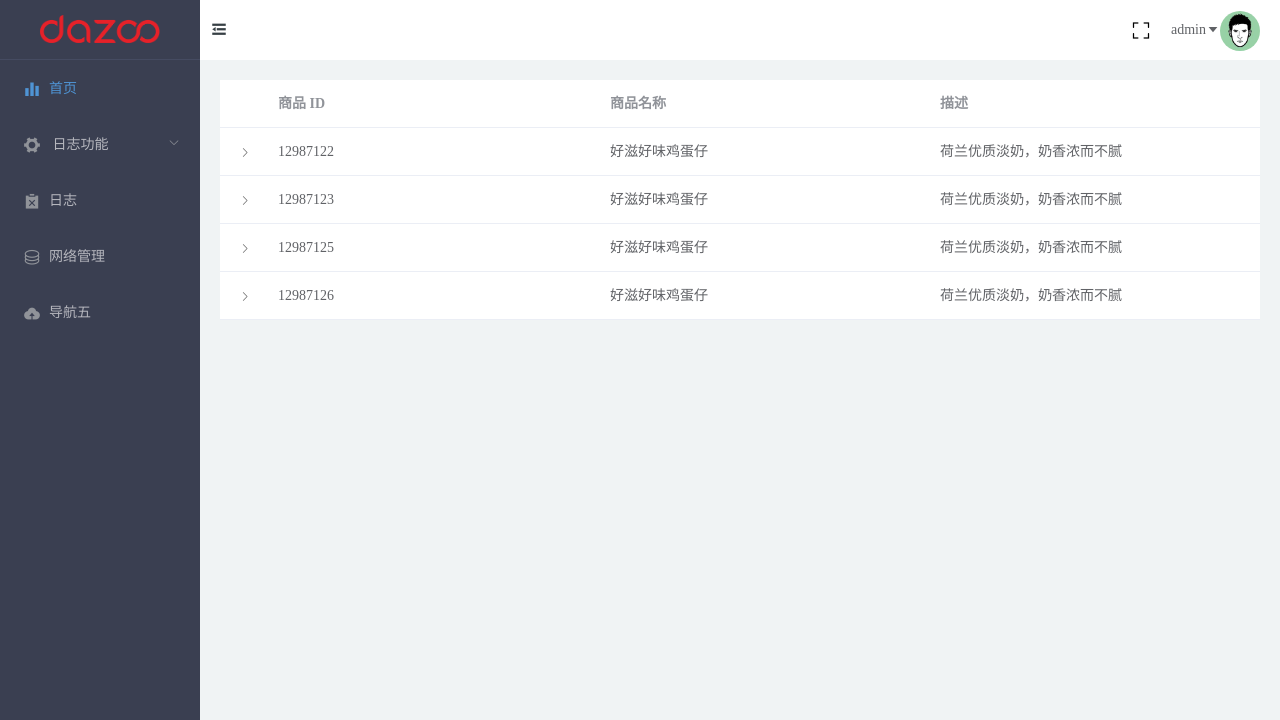
Repository: TomGodb/dazoo-admin
Page: /#/dashbord
An editor plug-in stored every save of this project. The page is shown before and after a run of saves, followed by the edit.
The browser window is 1280 px wide. The pictures show the whole page.
The project was rebuilt for these pictures with package versions that can differ from the ones it lists, and the page was loaded fresh each time. Also part of the build but not shown: vue.config.js, src/components/SlideVerify/index.vue, src/utils/request.js, src/views/login/http.js, src/views/login/index.vue, src/style/transition.less.

Above is the page before, as saved 2021-01-23 14:26:20.

### public/index.html
<!DOCTYPE html>
<html lang="">
  <head>
    <meta charset="utf-8">
    <meta http-equiv="X-UA-Compatible" content="IE=edge">
    <meta name="viewport" content="width=device-width,initial-scale=1.0">
    <link rel="icon" href="<%= BASE_URL %>favicon.ico">
    <title>运维管理后台</title>
  </head>
  <body>
    <noscript>
      <strong>We're sorry but <%= htmlWebpackPlugin.options.title %> doesn't work properly without JavaScript enabled. Please enable it to continue.</strong>
    </noscript>
    <div id="app"></div>
    <!-- built files will be auto injected -->
  </body>
</html>

### src/main.js
import Vue from "vue";
import App from "./App.vue";
import router from "./router";
import store from "./store";
import ElementUI from 'element-ui';
import 'element-ui/lib/theme-chalk/index.css';
import "@/style/element.less";
import "@/style/transition.less";
import "@/style/index.less";
Vue.config.productionTip = false;
Vue.use(ElementUI);
new Vue({
  router,
  store,
  render: h => h(App)
}).$mount("#app");

### src/App.vue
<template>
  <div id="app">
    <!-- <div id="nav">
      <router-link to="/">Home</router-link> |
      <router-link to="/about">About</router-link>
    </div> -->
    <router-view />
  </div>
</template>

<style lang="less">
* {
  padding: 0;
  margin: 0;
}
body,
html {
  height: 100%;
}
#app {
  font-family: "\5FAE\8F6F\96C5\9ED1";
  height: 100%;
}

// #nav {
//   padding: 30px;
//   a {
//     font-weight: bold;
//     color: #2c3e50;
//     &.router-link-exact-active {
//       color: #42b983;
//     }
//   }
// }
</style>

### src/router/index.js
import Vue from "vue";
import VueRouter from "vue-router";

import login from "@v/login/index.vue";
import Home from "@/Home/index.vue";
Vue.use(VueRouter);
import module from './modole'

export const currencyRoutes = [{
    path: "/",
    name: "login",
    component: login,
  },
  {
    path: "/Home",
    name: "Home",
    component: Home,
    redirect: "/dashbord",
    children: module,

  },
];
const router = new VueRouter({
  mode: "hash",
  base: process.env.BASE_URL,
  routes: currencyRoutes
});

export default router;

### src/store/index.js
import Vue from "vue";
import Vuex from "vuex";
import getters from "./getters"

Vue.use(Vuex);
export default new Vuex.Store({
  state: {
    opened: false
  },
  mutations: {
    SET_OPENED(state) {
      state.opened = !state.opened;
    },
  },
  actions: {},
  modules: {},
  getters
});

### src/style/element.less
.el-menu--collapse .el-submenu__title{
    span{
        display: none;
    }
    .el-submenu__icon-arrow {
        display: none;
    }
}
.el-header{
    height: 60px;
    position: fixed;
    top: 0;
    width: 100%;
    left: 0;
    z-index: 999;
    padding: 0px !important;
}
.table-expand {
    font-size: 0;
    & label{
        width: 90px;
        color: #99a9bf;
    }
    & .el-form-item {
        margin-right: 0;
        margin-bottom: 0;
        width: 50%;
      }
  }
  .el-aside {
    margin-top: 60px;
    transition: width 0.3s;
    overflow: hidden;
    background-color: rgb(58, 63, 81);
  }
  .el-menu {
    border-right: 0px !important;
  }

### src/style/index.less
.hoverBag {
    cursor: pointer;
    height: 100%;
    padding: 0px 10px;
    float: left;
  }
  .hoverBag:hover {
    background: #f0f3f4;
  }

### src/Home/index.vue
<template>
  <div class="home-container">
    <el-container>
      <el-header> <m-header></m-header></el-header>
      <el-container>
        <el-aside :width="opened ? '64px' : '200px'">
          <el-menu
            :default-active="activeMenu"
            class="el-menu-vertical-demo"
            background-color="#3a3f51"
            text-color="#b5b6bd"
            active-text-color="rgb(79, 148, 212)"
            mode="vertical"
            :collapse-transition="false"
            router
            :collapse="opened"
          >
            <NavMenu :navMenus="menuData"></NavMenu>
          </el-menu>
        </el-aside>
        <el-main>
          <div class="wrapper_con">
            <transition name="fade-page" mode="out-in">
              <router-view></router-view>
            </transition>
          </div>
        </el-main>
      </el-container>
    </el-container>
    <!-- <el-container>
      <el-aside :width="opened ? '64px' : '200px'">
        <el-menu
          :default-active="activeMenu"
          class="el-menu-vertical-demo"
          background-color="#3a3f51"
          text-color="#b5b6bd"
          active-text-color="rgb(79, 148, 212)"
          mode="vertical"
          :collapse-transition="false"
          router
          :collapse="opened"
        >
          <NavMenu :navMenus="menuData"></NavMenu>
        </el-menu>
      </el-aside>
      <el-container>
        <el-header>
          <m-header></m-header>

        </el-header>
        <el-main>
          <transition name="fade-page" mode="out-in">
            <router-view></router-view>
          </transition>
        </el-main>
      </el-container>
    </el-container> -->
  </div>
</template>

<script>
import NavMenu from "./NavMenu";
import { mapGetters } from "vuex";
import MHeader from "./Header";
import { menuData } from "./NavMenu/meunDataRouter";
export default {
  components: {
    NavMenu,
    MHeader,
  },
  data() {
    return {
      menuData,
    };
  },
  computed: {
    activeMenu() {
      return this.$route.path;
    },
    ...mapGetters(["opened"]),
  },
};
</script>

<style lang="less" scoped>
.home-container {
  height: 100%;

}
.el-container {
  height: 100%;
}
.el-main {
  background-color: #f0f3f4;
}
.wrapper_con {
  margin-top: 60px;
  height: calc(100% - 60px);
}
</style>

### src/router/modole/index.js
import aaa from './aaa'
let routesArray = []

let toArray = (pages) => {
  Object.keys(pages).forEach((key) => {
    let obj = pages[key]
    Object.keys(obj).forEach((key) => {
      routesArray.push(obj[key])
    })
  })
}
toArray([aaa])

export default routesArray

### src/store/getters.js

const getters ={
    opened(state){
        return state.opened
    }
}
export default getters;

### src/Home/NavMenu/index.vue
<template>
  <div class="navMenu">

    <template v-for="navMenu in navMenus">
      <!-- 最后一级菜单 -->
      <el-menu-item
        v-if="!navMenu.children && navMenu"
        :key="navMenu.id"
        :data="navMenu"
        :index="navMenu.path"
      >
        <i :class="navMenu.meta.icon"></i>
        <span slot="title">{{ navMenu.meta.title }}</span>
      </el-menu-item>
      <!-- 此菜单下还有子菜单 -->
      <el-submenu
        v-if="navMenu.children && navMenu"
        :key="navMenu.id"
        :data="navMenu"
        :index="navMenu.path"
      >
        <template slot="title">
          <i :class="navMenu.meta.icon"></i>
          <span> {{ navMenu.meta.title }}</span>
        </template>
        <!-- 递归 -->
        <NavMenu :navMenus="navMenu.children"></NavMenu>
      </el-submenu>
    </template>
  </div>
</template>

<script>
import { mapGetters } from "vuex";
export default {
  computed: {
    ...mapGetters(["opened"]),
  },
  name: "NavMenu",
  props: ["navMenus"],
  data() {
    return {};
  },
  methods: {},
};
</script>
<style lang="less" scoped>

</style>

### src/Home/Header/index.vue
<template>
  <div class="sideCollapse">
    <header-l></header-l>
    <div class="sideCollapse-left hoverBag" id="domColapse"  @click="toggleOpen()">
      <i
        :class="{ 'el-icon-s-unfold': opened, 'el-icon-s-fold': !opened }"

      ></i>
    </div>
    <div class="sideCollapse-right">
      <user-dropdown></user-dropdown>
    </div>
  </div>
</template>

<script>
import { mapGetters } from "vuex";
import UserDropdown from "./UserDropdown";
import headerL from "./logo";
export default {
  components: {
    UserDropdown,
    headerL,
  },
  computed: {
    ...mapGetters(["opened"]),
  },
  methods: {
    toggleOpen() {
      this.$store.commit("SET_OPENED");
    },
  },
};
</script>
<style lang="less" scoped>
.sideCollapse {
  background-color: white;
  line-height: 60px;
  height: 100%;
  & .sideCollapse-left {


    font-size: 18px;
    color: #363f44;
    cursor: pointer;
  }
  & .sideCollapse-right {
    float: right;
    padding: 0px 10px 0px 0px;
  }
}
</style>

### src/Home/NavMenu/meunDataRouter.js
const menuData = [{
        id: 1,
        meta: {
            title: "首页",
            icon: "el-icon-s-data"
        },
        path: "/dashbord",
    },
    {
        id: 2,
        meta: {
            title: "日志功能",
            icon: "el-icon-s-tools"
        },
        path: "/dashbord/aaa",

        children: [
            {

            path: "/dashbord/aaa",
            meta: {
                title: "日志查询",
                icon: "el-icon-s-tools"
            },
          },
          {

            path: "/dashbord/aaa",
            meta: {
                title: "日志统计",
                icon: "el-icon-s-tools"
            },
          },
    ]
    },
    {
        id: 3,
        meta: {
            title: "日志",
            icon: "el-icon-s-release"
        },
        path: "/",
    },
    {
        id: 4,
        meta: {
            title: "网络管理",
            icon: "el-icon-coin"
        },
        path: "/",
    },
    {
        id: 5,
        meta: {
            title: "导航五",
            icon: "el-icon-upload"
        },
        path: "/",
    },
]

export {
    menuData
}

### src/router/modole/aaa.js
export default [{
        path: "/dashbord",
        name: "Dashbord",
        component: () => import("@v/dashbord"),
        meta: {
            title: "首页",
            icon: "el-icon-s-data"
        }
    },
    {
        path: "/dashbord/aaa",
        name: "aaa",
        component: () => import("@v/aaa"),
        meta: {
            title: "aaa",
            icon: "el-icon-s-data"
        }
    },
]

### src/Home/Header/UserDropdown.vue
<template>
  <div>
    <div class="hoverBag" @click="toggleFull">
      <i class="el-icon-full-screen iconFont"></i>
    </div>
    <el-dropdown class="userDd hoverBag" @command="handleCommand">
      <div class="userDrop">
        <span class="userDrop_text">
          admin<i class="el-icon-caret-bottom"></i
        ></span>
        <img src="@a/ImgSrc/header_images/user01.jpg" alt="user" />
      </div>
      <el-dropdown-menu solt="dropdown">
        <el-dropdown-item
          v-for="(item, index) in dropdownList"
          :key="index"
          :command="index"
        >
          <i :class="item.icon"></i>{{ item.title }}
        </el-dropdown-item>
        <!-- <el-dropdown-item>
          <i class=""></i>
        </el-dropdown-item>
        <el-dropdown-item divided>
          <i class=""></i>
        </el-dropdown-item> -->
      </el-dropdown-menu>
    </el-dropdown>
  </div>
</template>
<script>
import screenfull from "screenfull";
export default {
  data() {
    return {
      dropdownList: [
        {
          icon: "el-icon-s-home",
          title: "首页",
          path: "/Home",
        },
        {
          icon: "el-icon-s-custom",
          title: "个人信息",
          path: "/dashbord/aaa",
        },
        {
          icon: "el-icon-switch-button",
          title: "登出",
          path: "/",
        },
      ],
    };
  },
  methods: {
    handleCommand(index) {
      this.$router.push(this.dropdownList[index].path);
    },
    toggleFull() {
      screenfull.toggle();
    },
  },
};
</script>
<style lang="less" scoped>
.iconFont {
  font-size: 20px;
  vertical-align: middle;
}
.userDrop img {
  vertical-align: middle;
  display: inline-block;
  width: 40px;
  height: 40px;
  border-radius: 50%;
  vertical-align: middle;
}

</style>

### src/Home/Header/logo.vue
<template>
  <div>
    <div class="header_l" :style="{ width: opened ? '64px' : '200px' }">
      <img
        :src="
          require(opened
            ? '@a/ImgSrc/Home-logo/dazoo-logo.png'
            : '@a/ImgSrc/Home-logo/logo.jpg')
        "
        alt="logo"
        title="logo"
      />
    </div>
  </div>
</template>
<script>
import { mapGetters } from "vuex";
export default {
  computed: {
    ...mapGetters(["opened"]),
  },
};
</script>
<style lang="less" scoped>
.header_l {
  transition: width 0.3s;
  float: left;
  background-color: #3a3f51;
  border-bottom: 1px solid #454b61;
  width: 200px;
  height: 59px;
  text-align: center;
  font-size: 15px;
  font-weight: 700;
  img {
    height: 28px;
    vertical-align: middle;
    position: relative;
    top: -3px;
  }
}
</style>

### src/views/dashbord/index.vue
<template>
  <div>
    <el-table :data="tableData" style="width: 100%">
      <el-table-column type="expand">
        <template slot-scope="props">
          <el-form label-position="left" inline class="table-expand">
            <el-form-item label="商品名称">
              <span>{{ props.row.name }}</span>
            </el-form-item>
            <el-form-item label="所属店铺">
              <span>{{ props.row.shop }}</span>
            </el-form-item>
            <el-form-item label="商品 ID">
              <span>{{ props.row.id }}</span>
            </el-form-item>
            <el-form-item label="店铺 ID">
              <span>{{ props.row.shopId }}</span>
            </el-form-item>
            <el-form-item label="商品分类">
              <span>{{ props.row.category }}</span>
            </el-form-item>
            <el-form-item label="店铺地址">
              <span>{{ props.row.address }}</span>
            </el-form-item>
            <el-form-item label="商品描述">
              <span>{{ props.row.desc }}</span>
            </el-form-item>
          </el-form>
        </template>
      </el-table-column>
      <el-table-column label="商品 ID" prop="id"> </el-table-column>
      <el-table-column label="商品名称" prop="name"> </el-table-column>
      <el-table-column label="描述" prop="desc"> </el-table-column>
    </el-table>
  </div>
</template>
<script>
export default {
  data() {
    return {
      tableData: [
        {
          id: "12987122",
          name: "好滋好味鸡蛋仔",
          category: "江浙小吃、小吃零食",
          desc: "荷兰优质淡奶，奶香浓而不腻",
          address: "上海市普陀区真北路",
          shop: "王小虎夫妻店",
          shopId: "10333",
        },
        {
          id: "12987123",
          name: "好滋好味鸡蛋仔",
          category: "江浙小吃、小吃零食",
          desc: "荷兰优质淡奶，奶香浓而不腻",
          address: "上海市普陀区真北路",
          shop: "王小虎夫妻店",
          shopId: "10333",
        },
        {
          id: "12987125",
          name: "好滋好味鸡蛋仔",
          category: "江浙小吃、小吃零食",
          desc: "荷兰优质淡奶，奶香浓而不腻",
          address: "上海市普陀区真北路",
          shop: "王小虎夫妻店",
          shopId: "10333",
        },
        {
          id: "12987126",
          name: "好滋好味鸡蛋仔",
          category: "江浙小吃、小吃零食",
          desc: "荷兰优质淡奶，奶香浓而不腻",
          address: "上海市普陀区真北路",
          shop: "王小虎夫妻店",
          shopId: "10333",
        },
      ],
    };
  },
};
</script>
<style lang="less" scoped></style>

After the next 2 saves:
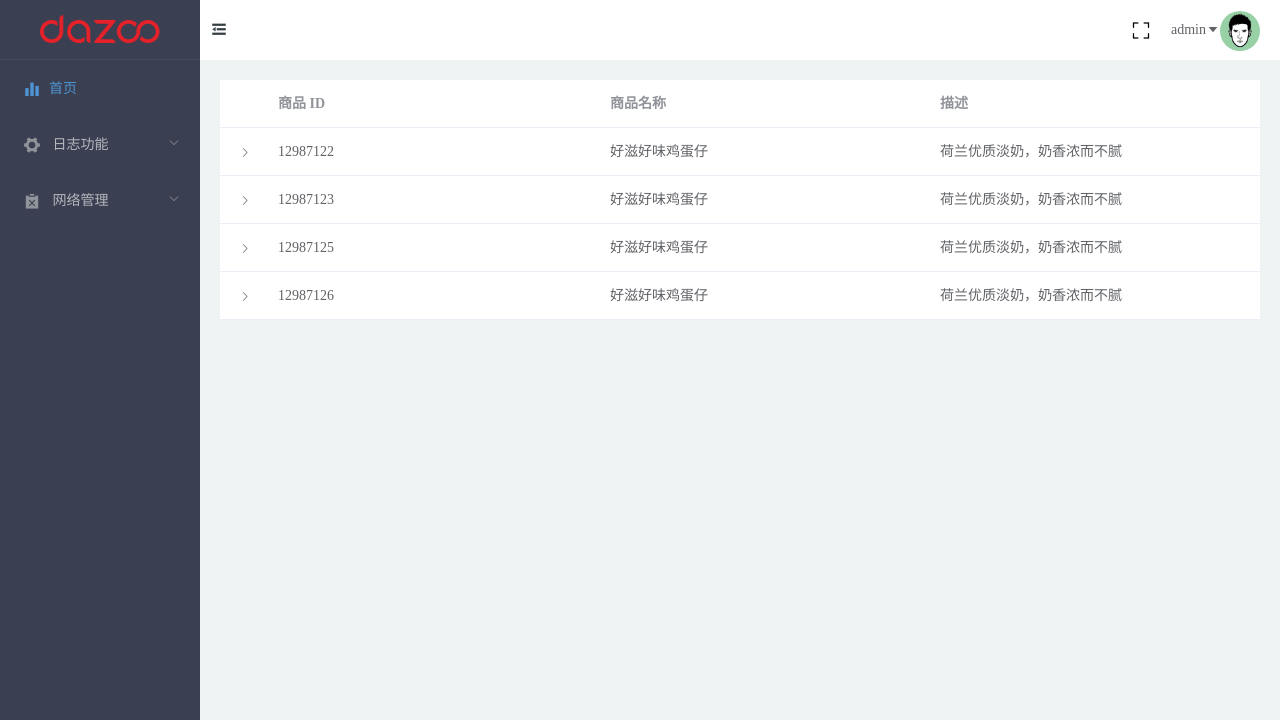
The 2 saves are shown as one change because they came seconds apart.
The last was saved 65 s later.
--- a/src/Home/NavMenu/meunDataRouter.js
+++ b/src/Home/NavMenu/meunDataRouter.js
@@ -36,27 +36,54 @@ const menuData = [{
     {
         id: 3,
         meta: {
-            title: "日志",
+            title: "网络管理",
             icon: "el-icon-s-release"
         },
         path: "/",
+
+        children: [
+            {
+
+            path: "/dashbord/aaa",
+            meta: {
+                title: "网络查询",
+                icon: "el-icon-s-tools"
+            },
+          },
+          {
+
+            path: "/dashbord/aaa",
+            meta: {
+                title: "网络云配置查看",
+                icon: "el-icon-s-tools"
+            },
+          },
+          {
+
+            path: "/dashbord/aaa",
+            meta: {
+                title: "网络状态查看",
+                icon: "el-icon-s-tools"
+            },
+          },
+    ]
     },
-    {
-        id: 4,
-        meta: {
-            title: "网络管理",
-            icon: "el-icon-coin"
-        },
-        path: "/",
-    },
-    {
-        id: 5,
-        meta: {
-            title: "导航五",
-            icon: "el-icon-upload"
-        },
-        path: "/",
-    },
+    // {
+    //     id: 4,
+    //     meta: {
+    //         title: "网络管理",
+    //         icon: "el-icon-coin"
+    //     },
+    //     path: "/",
+    // },
+    // {
+    //     id: 5,
+    //     meta: {
+    //         title: "导航五",
+    //         icon: "el-icon-upload"
+    //     },
+    //     path: "/",
+    // },
 ]
 
 export {
